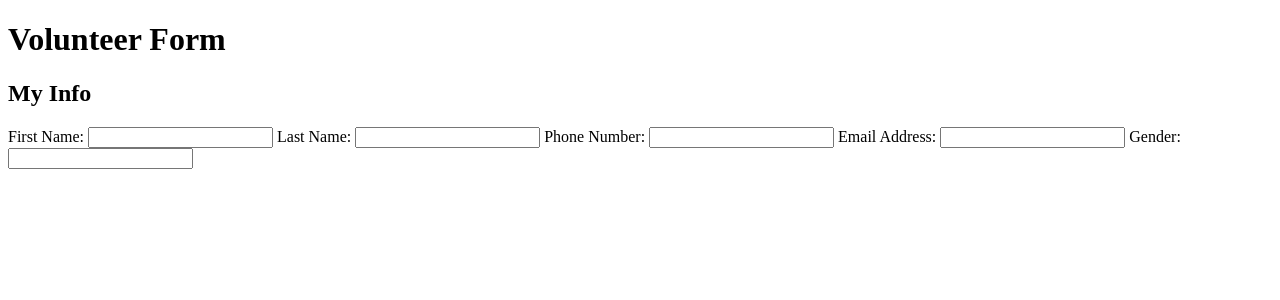
Repository: rishondass/ITMD361-Lab4
Page: index.html
The author's editor kept a copy of each file at every save. The page is drawn from the files as they stood at one save, then again after the next save.
The browser window is 1280 px wide. The pictures show the whole page.

Above is the page before, as saved 2023-01-13 14:55:39.

### index.html
<!DOCTYPE html>
<html lang="en">
<head>
    <meta charset="UTF-8">
    <meta http-equiv="X-UA-Compatible" content="IE=edge">
    <meta name="viewport" content="width=device-width, initial-scale=1.0">
    <title>Lab 4</title>
</head>
<body>
    <h1>
        Volunteer Form
    </h1>
    <h2>
        My Info
    </h2>

    <form action="POST">
        <label for="first_name_field">First Name:</label>
        <input type="text" name="first_name_field">

        <label for="last_name_field">Last Name:</label>
        <input type="text" name="last_name_field">

        <label for="phone_field">Phone Number:</label>
        <input type="phone" name="phone_field">

        <label for="email_field">Email Address:</label>
        <input type="email" name="email_field">

        <label for="gender_field">Gender:</label>
        <input type="email" name="gender_field">
    </form>
</body>
</html>

After the next save:
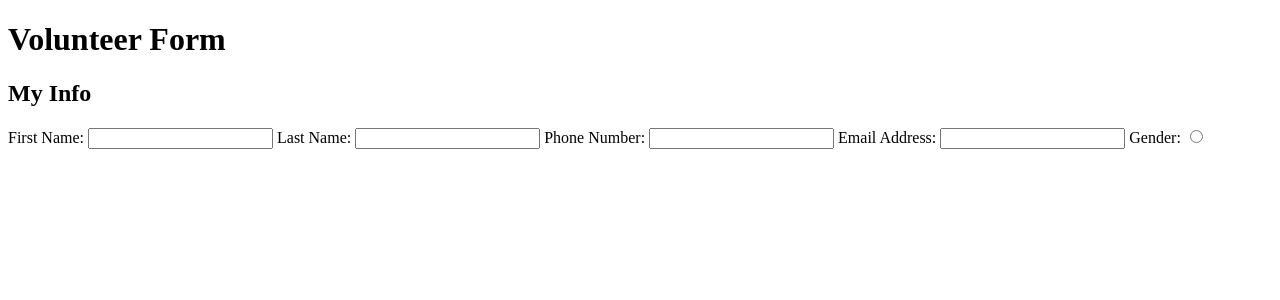
Saved 7 s later.
--- a/index.html
+++ b/index.html
@@ -28,7 +28,7 @@
         <input type="email" name="email_field">
 
         <label for="gender_field">Gender:</label>
-        <input type="email" name="gender_field">
+        <input type="radio" name="gender_field">
     </form>
 </body>
 </html>
